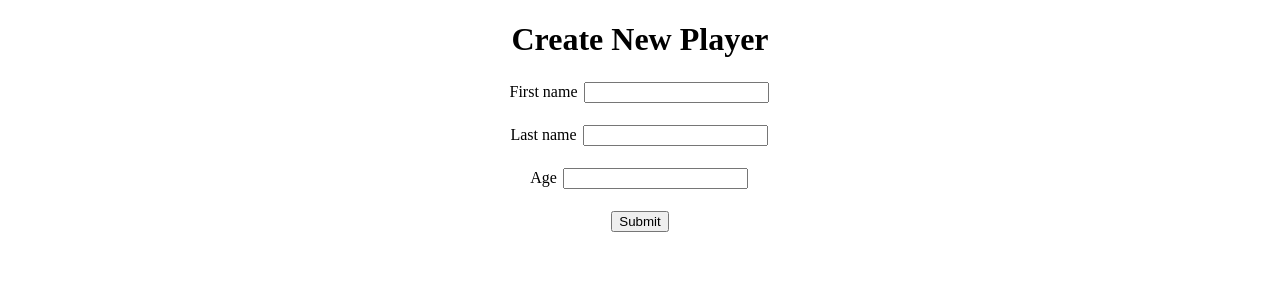
Repository: harshithamagani/Java-Basics
Page: http://localhost/team-roster/player
An editor plug-in stored every save of this project. The page is shown before and after the next save, followed by the edit.
The browser window is 1280 px wide. The pictures show the whole page.
The page is served by Tomcat 9.

Above is the page before, as saved 2019-11-06 02:39:07.

After the next save:
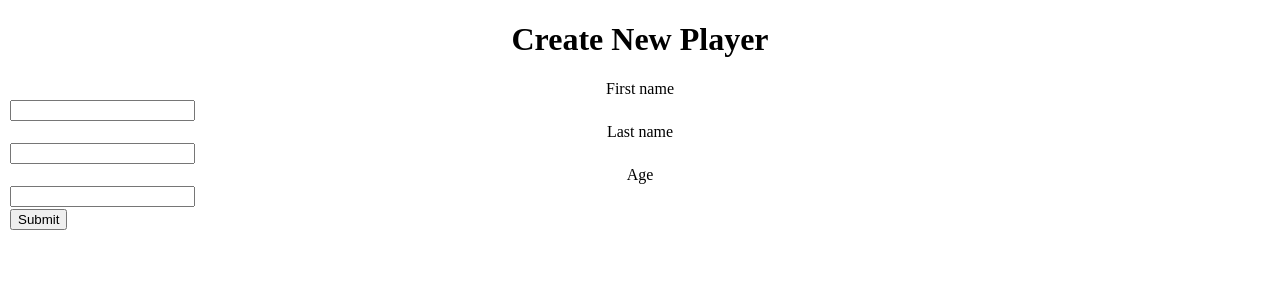
Saved 93 min 42 s later.
--- a/team-roster/WebContent/WEB-INF/createPlayerForm.jsp
+++ b/team-roster/WebContent/WEB-INF/createPlayerForm.jsp
@@ -11,6 +11,7 @@
 		}
 		input{
 		margin:2px;
+		display: block;
 		}
 	</style>
 </head>
@@ -19,11 +20,11 @@
 	<h1>Create New Player</h1>
 		<form action="/team-roster/team" method="post">
 			  <label>First name</label>
-			  <input name="first-name" type="text"><br><br>
+			  <input name="first-name" type="text">
 			  <label>Last name</label>
-			  <input name="last-name" type="text"><br><br>
+			  <input name="last-name" type="text">
 			  <label>Age</label>
-			  <input name="age" type="text"><br><br>
+			  <input name="age" type="text">
 			  <input name="submit" value="Submit" type="submit">
 		</form>
 	</div>
